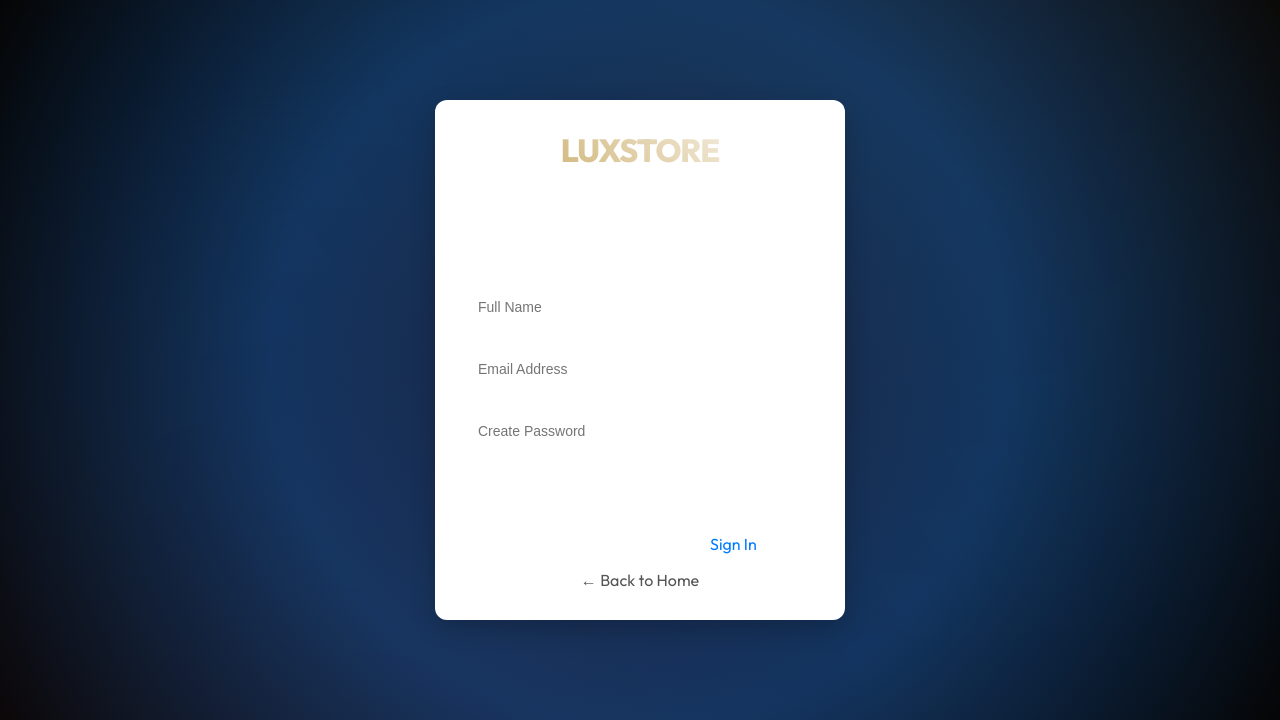
Repository: pradeepkumarh-17/Ecommerce
Page: http://localhost/EcomStore/views/auth/register.jsp
An editor plug-in stored every save of this project. The page is shown before and after the next save, followed by the edit.
The browser window is 1280 px wide. The pictures show the whole page.
Some web libraries are served in a nearby version. The page is served by Tomcat 10.

Above is the page before, as saved 2026-05-03 07:49:46.

After the next save:
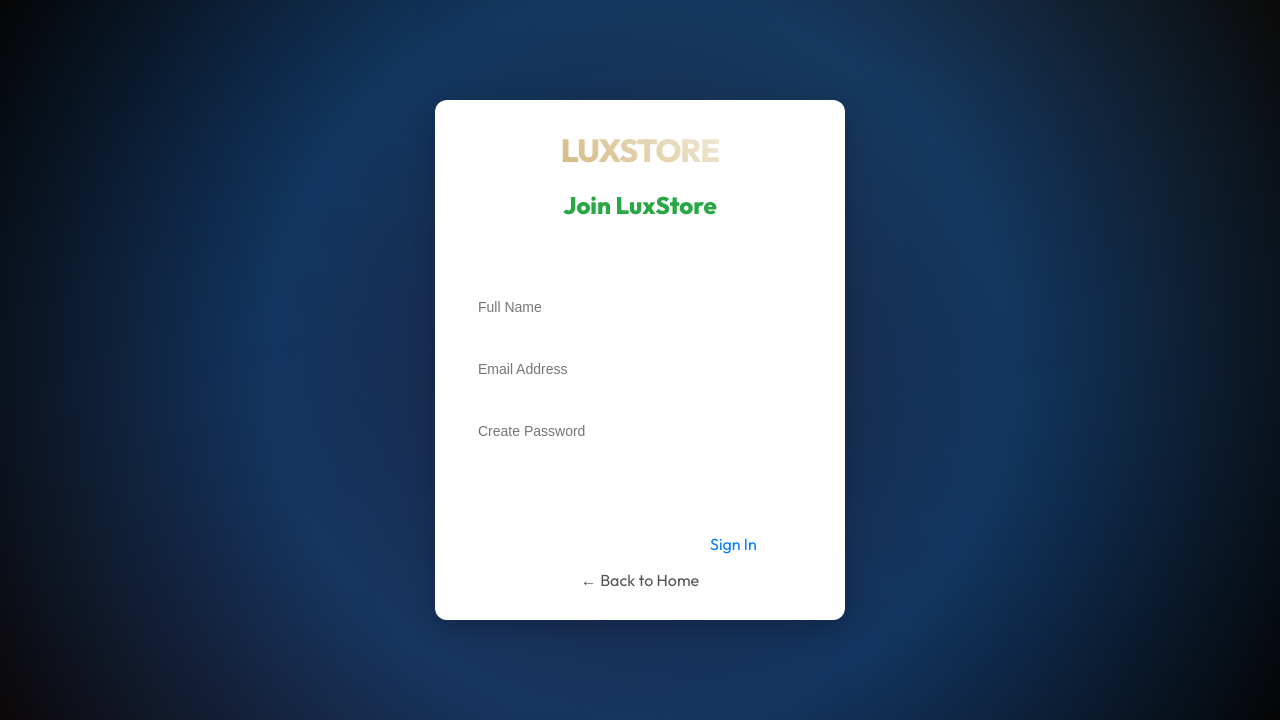
Saved 44 s later.
--- a/EcomStore/src/main/webapp/assets/css/auth.css
+++ b/EcomStore/src/main/webapp/assets/css/auth.css
@@ -26,7 +26,7 @@ body {
 /* TITLE */
 .auth-box h2 {
     margin-bottom: 20px;
-    colour:#28a745;
+    color:#28a745;
 }
 
 /* INPUT */
